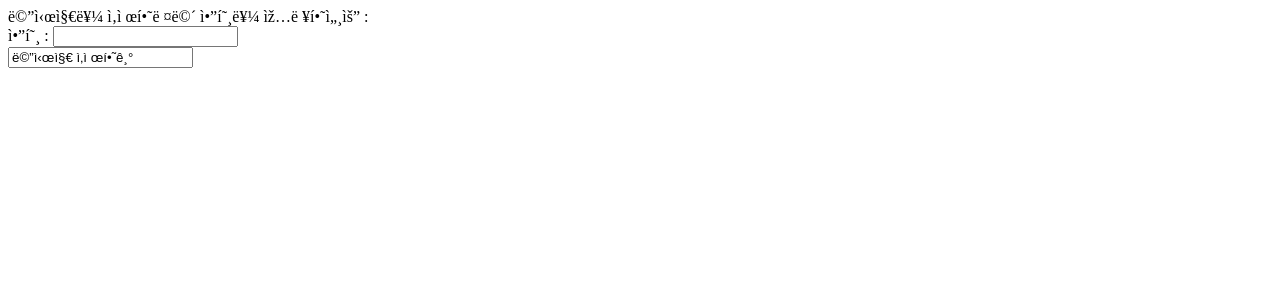
Repository: ParkMyungGwon/jsp_work
Page: http://localhost/jdbc12/confirmDeletion.jsp
The author's editor kept a copy of each file at every save. The page is drawn from the files as they stood at one save, then again after the next save.
The browser window is 1280 px wide. The pictures show the whole page.
The page is served by Tomcat 9. Other server files are loaded and not shown.

Above is the page before, as saved 2019-06-17 07:05:50.

### jdbc12/WebContent/confirmDeletion.jsp
<%@ page contentType="text/html; chaset-utf-8" %>
<!DOCTYPE html PUBLIC "-//W3C//DTD HTML 4.01 Transitional//EN" "http://www.w3.org/TR/html4/loose.dtd">
<html>
<head>
<meta http-equiv="Content-Type" content="text/html; charset=UTF-8">
<title>Insert title here</title>
</head>
<body>

<form action="deleteMessage.jsp" method="post">
	<input type="hidden" name= "messageId" value="${param.messageId }">
	메시지를 삭제하려면 암호를 입력하세요 : <br>
	암호 : <input type="password" name="password"><br>
	<input typie="submit" value="메시지 삭제하기">
</form>
</body>
</html>

After the next save:
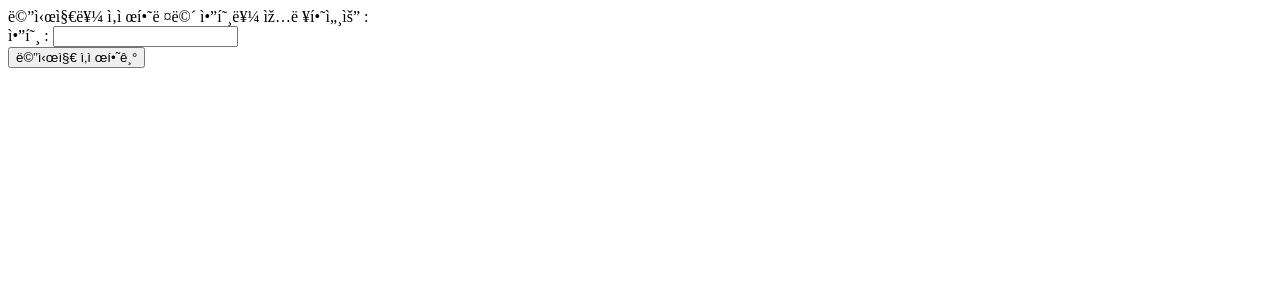
Saved 36 s later.
--- a/jdbc12/WebContent/confirmDeletion.jsp
+++ b/jdbc12/WebContent/confirmDeletion.jsp
@@ -11,7 +11,7 @@
 	<input type="hidden" name= "messageId" value="${param.messageId }">
 	메시지를 삭제하려면 암호를 입력하세요 : <br>
 	암호 : <input type="password" name="password"><br>
-	<input typie="submit" value="메시지 삭제하기">
+	<input type="submit" value="메시지 삭제하기">
 </form>
 </body>
 </html>
